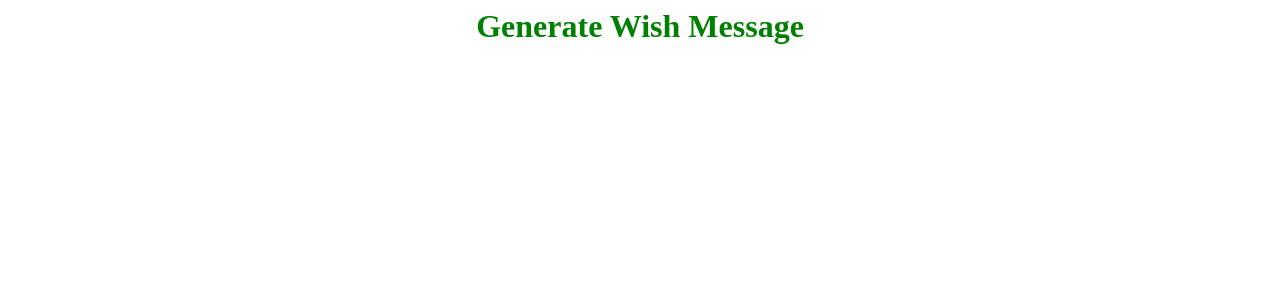
Repository: MDWASIMHAIDER/SpringMvc
Page: http://localhost/MVC-Anno-Proj1-WishApp/
An editor plug-in stored every save of this project. The page is shown before and after the next save, followed by the edit.
The browser window is 1280 px wide. The pictures show the whole page.
The page is served by Tomcat 9.

Above is the page before, as saved 2019-08-06 12:47:20.

After the next save:
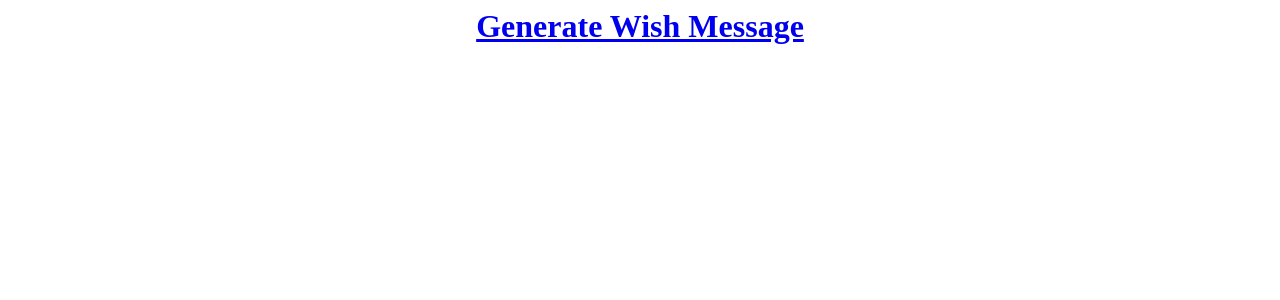
Saved 38 s later.
--- a/Ntsp711/MVC-Anno-Proj1-WishApp/src/main/webapp/WEB-INF/pages/welcome.jsp
+++ b/Ntsp711/MVC-Anno-Proj1-WishApp/src/main/webapp/WEB-INF/pages/welcome.jsp
@@ -1,4 +1,5 @@
 <%@ page language="java" contentType="text/html; charset=ISO-8859-1"
     pageEncoding="ISO-8859-1" isELIgnored="false"%>
 
-    <h1 style="color:green;text-align:center">Generate Wish Message</h1>
+    <h1 style="color:green;text-align:center">
+    <a href="result.htm">Generate Wish Message</a></h1>
